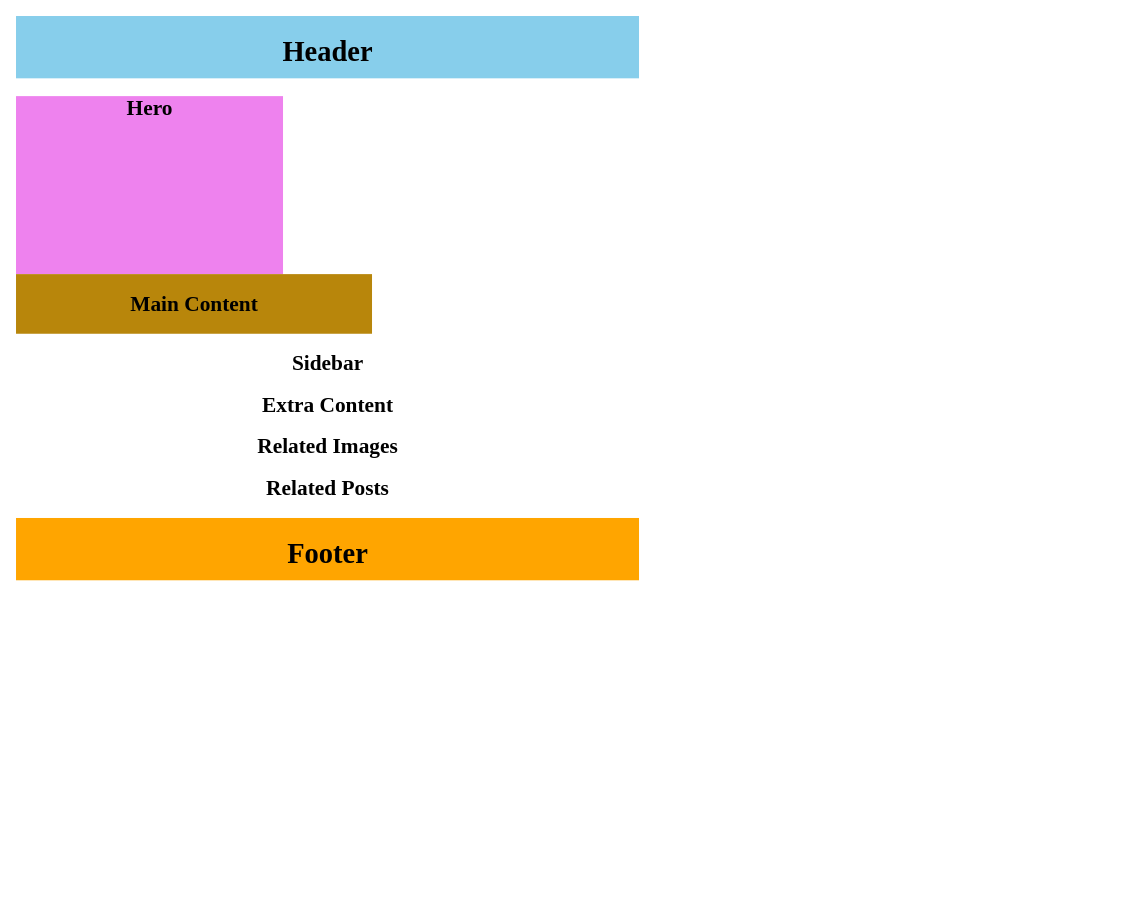
Repository: harshitanthal1/assignments_avisoft
Page: 01-02-2024/assignment_2/index.html
These files come from the project's save history. The page is drawn as it stood at one moment and after the next save; the edit follows.
The browser window is 1280 px wide. The pictures show the whole page, at 89% of full size.

Above is the page before, as saved 2024-02-01 18:01:43.

### 01-02-2024/assignment_2/index.html
<!DOCTYPE html>
<html lang="en">
<head>
    <meta charset="UTF-8">
    <meta name="viewport" content="width=device-width, initial-scale=1.0">
    <title>Assignment 2</title>
    <link rel="stylesheet" href="styles/styles.css" />
</head>
<body>
    <div id="main-sec">
       <div id="header"><h1>Header</h1></div>
       <div id="main">
           <div id="sec1"><h2>Hero</h2></div>
           <div id="sec2"><h2>Main Content</h2></div>
           <div id="sec3"><h2>Sidebar</h2></div>
           <div id="sec4"><h2>Extra Content</h2></div>
           <div id="sec5"><h2>Related Images</h2></div>
           <div id="sec6"><h2>Related Posts</h2></div>
       </div>
       <div id="footer"><h1>Footer</h1></div>
    </div>
</body>
</html>

### 01-02-2024/assignment_2/styles/styles.css
#main-sec {
    display: flex;
    width: 700px;
    height: 1000px;

    flex-direction: column;
    text-align: center;
    padding: 10px;
}

#header {
    background-color: skyblue;
    width: 700px;
    height: 70px;

}

#sec1 {
    background-color: violet;
    width: 300px;
    height: 200px;
}

#sec2 {
    background-color: darkgoldenrod;
    width: 400px;
    align-content:end;
}

#footer {
    background-color: orange;
    width: 700px;
    height: 70px;

}

After the next save:
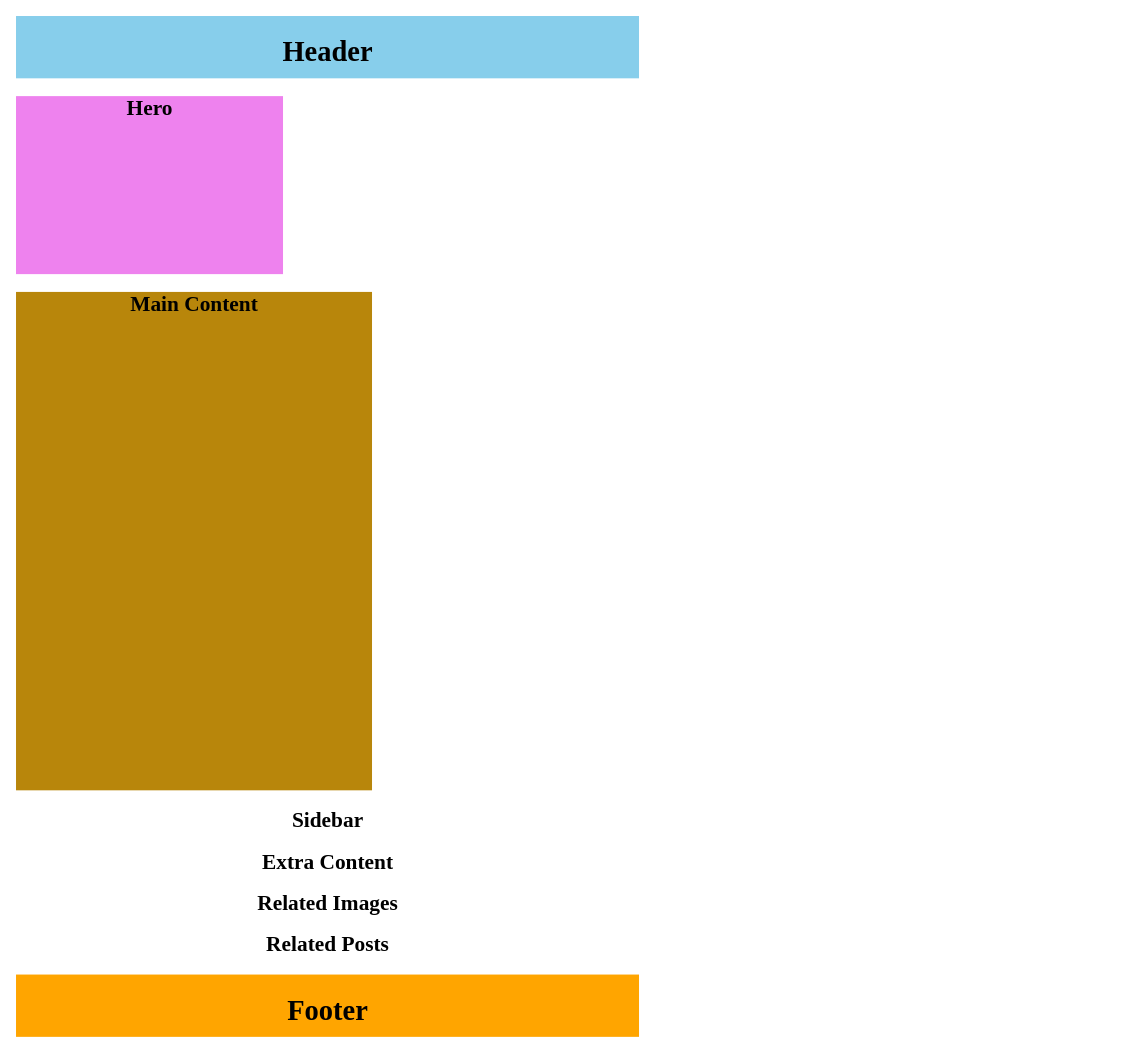
Saved 2 min 0 s later.
--- a/01-02-2024/assignment_2/styles/styles.css
+++ b/01-02-2024/assignment_2/styles/styles.css
@@ -24,7 +24,7 @@
 #sec2 {
     background-color: darkgoldenrod;
     width: 400px;
-    align-content:end;
+    height: 560px;
 }
 
 #footer {
